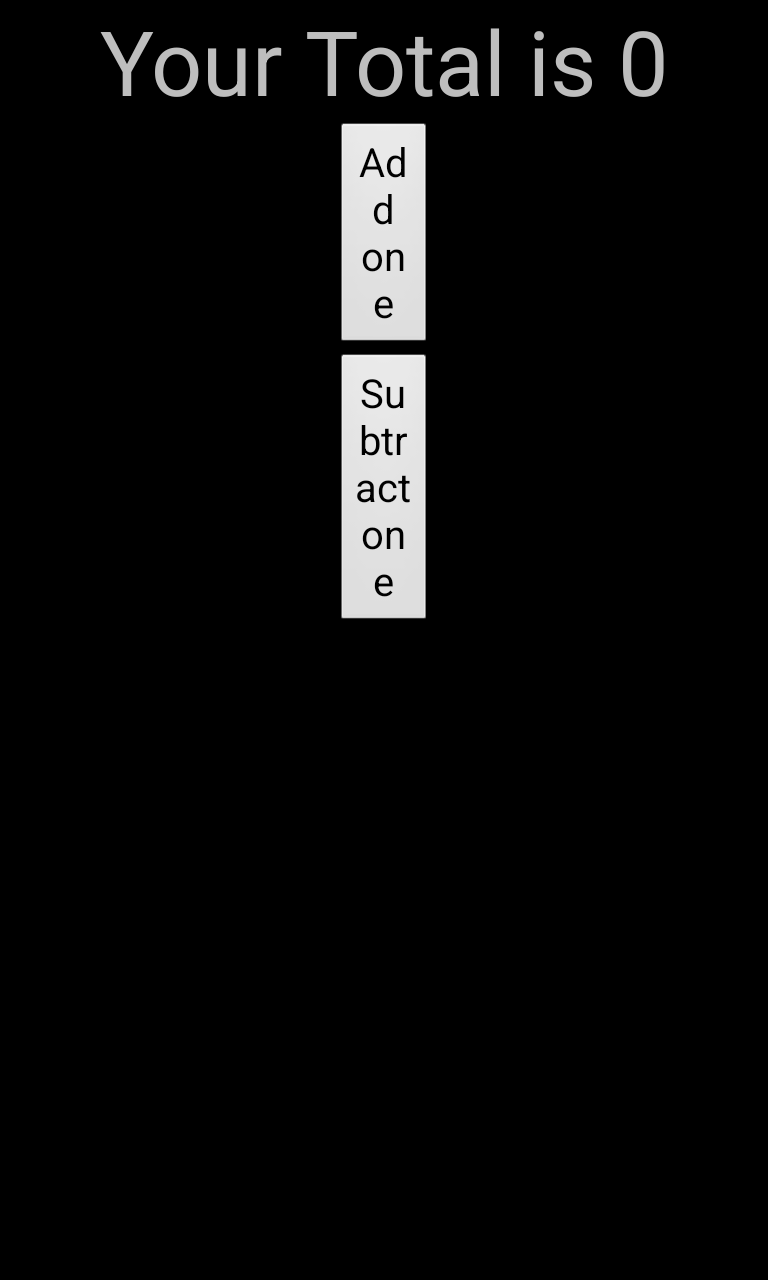
Repository: mcranwill/java_android
Layout: newboston/res/layout/main.xml
An editor plug-in stored every save of this project. The layout is shown before and after the next save, followed by the edit.
It is drawn on a 768 x 1280 px phone screen (xhdpi) without system bars, with theme android:Theme; the app's code is not run.

Above is the layout before, as saved 2012-06-08 03:31:39.

After the next save:
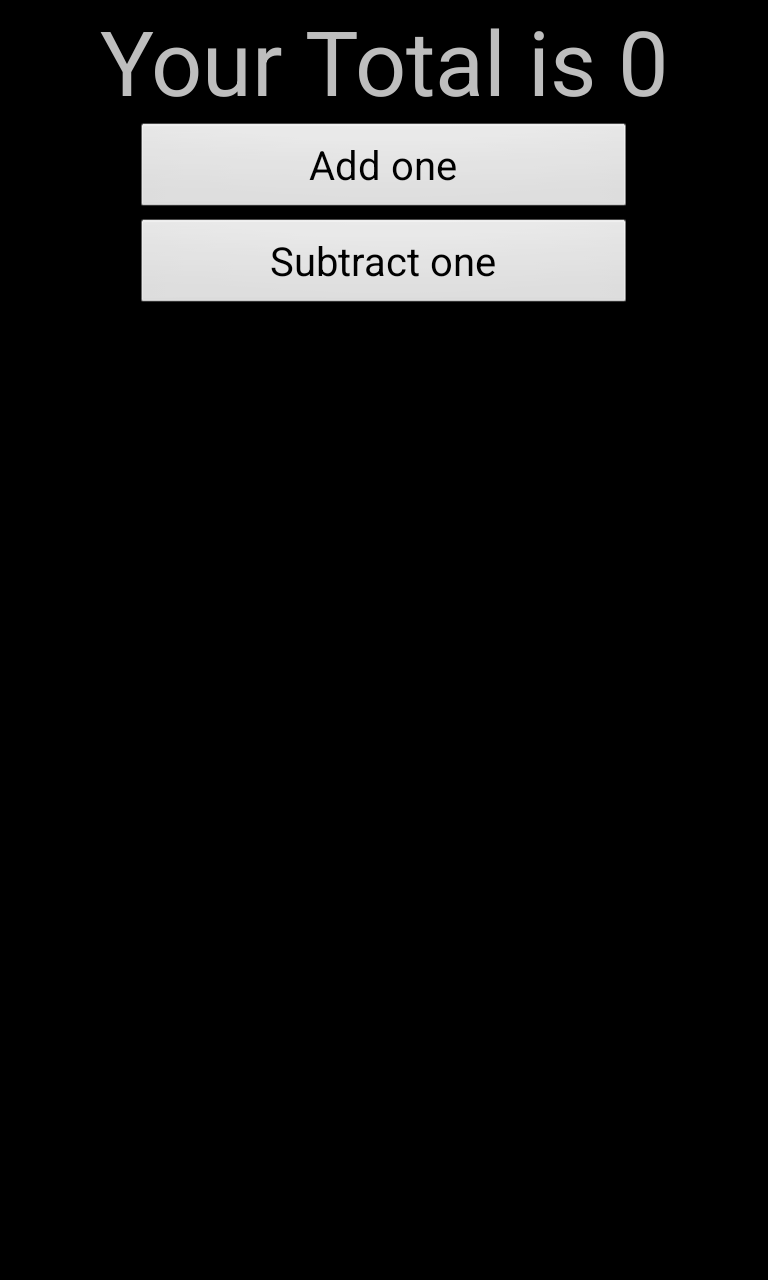
Saved 23 s later.
--- a/newboston/res/layout/main.xml
+++ b/newboston/res/layout/main.xml
@@ -13,13 +13,13 @@
         android:gravity="center"
         />
 	<Button
-	    android:layout_width="50dp"
+	    android:layout_width="250dp"
 	    android:layout_height="wrap_content"
 	    android:layout_gravity="center"
 	    android:text="Add one"
 	    android:textSize="20dp"/>
 	<Button
-	    android:layout_width="50dp"
+	    android:layout_width="250dp"
 	    android:layout_height="wrap_content"
 	    android:layout_gravity="center"
 	    android:text="Subtract one"
